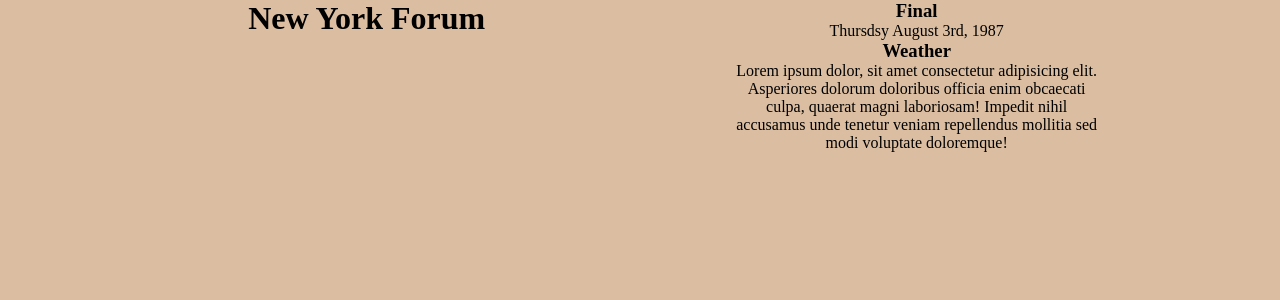
Repository: Arkitecth/newspaper-grid
Page: index.html
An editor plug-in stored every save of this project. The page is shown before and after the next save, followed by the edit.
The browser window is 1280 px wide. The pictures show the whole page.

Above is the page before, as saved 2023-05-29 16:52:43.

After the next save:
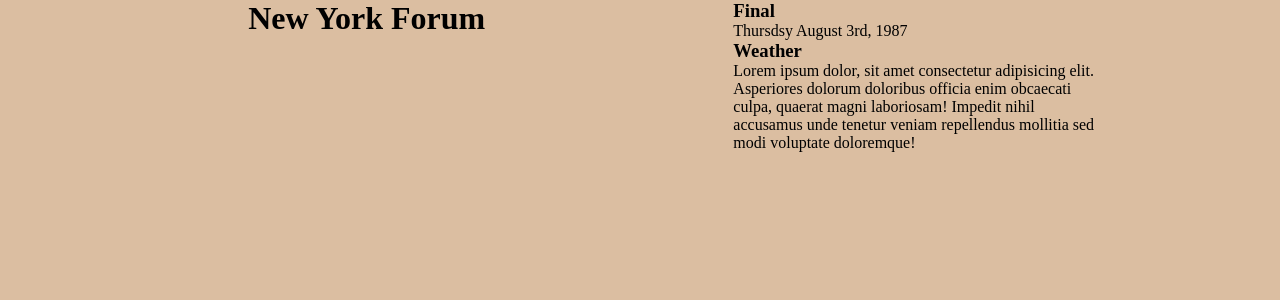
Saved 24 s later.
--- a/styles.css
+++ b/styles.css
@@ -10,5 +10,8 @@
 #header {
     display: grid;
     grid-template-columns: 2fr 1fr;
+}
+
+#header h1 {
     text-align: center;
 }
